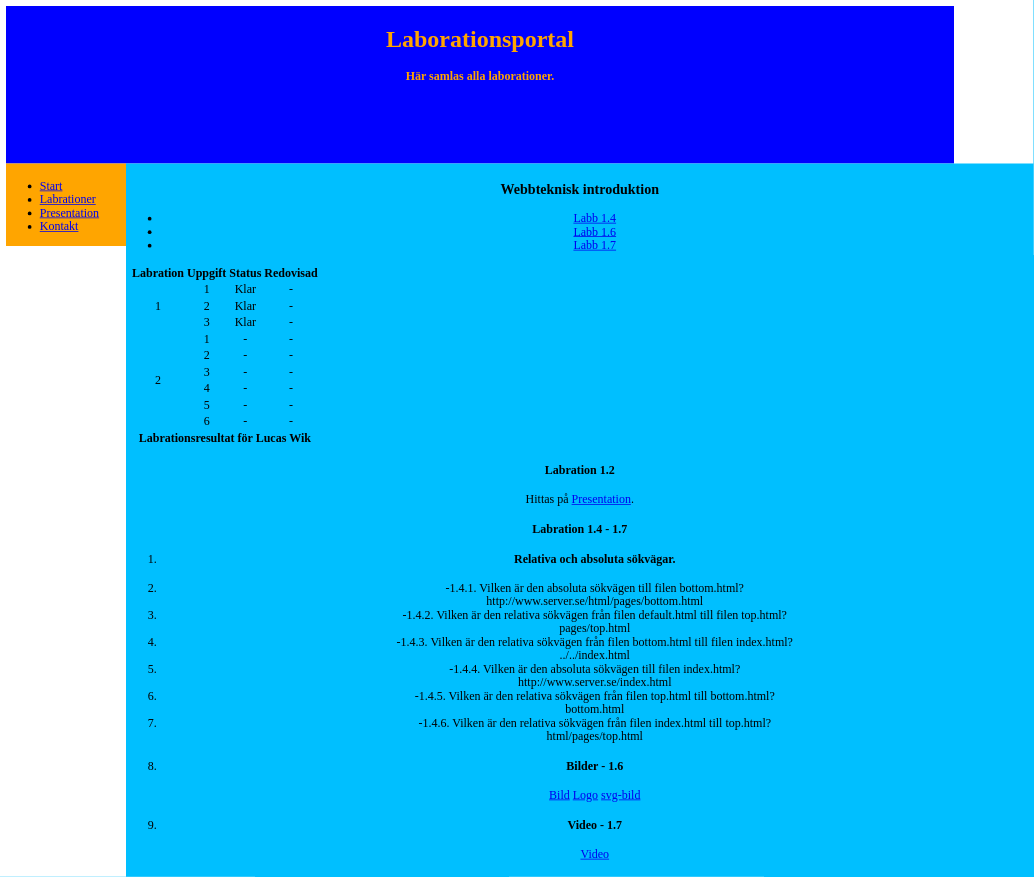
Repository: lw222gz/1ik415-laborationer
Page: Pages/labrationer.html
The author's editor kept a record of every edit. The page is drawn from the files as they stood at one moment, then again after the next edit.
The browser window is 1280 px wide. The page is 1378 px wide, so the pictures cover 1378 px, including what lies to the right of the window. The pictures show the whole page, at 75% of full size.

Above is the page before.

After the next edit:
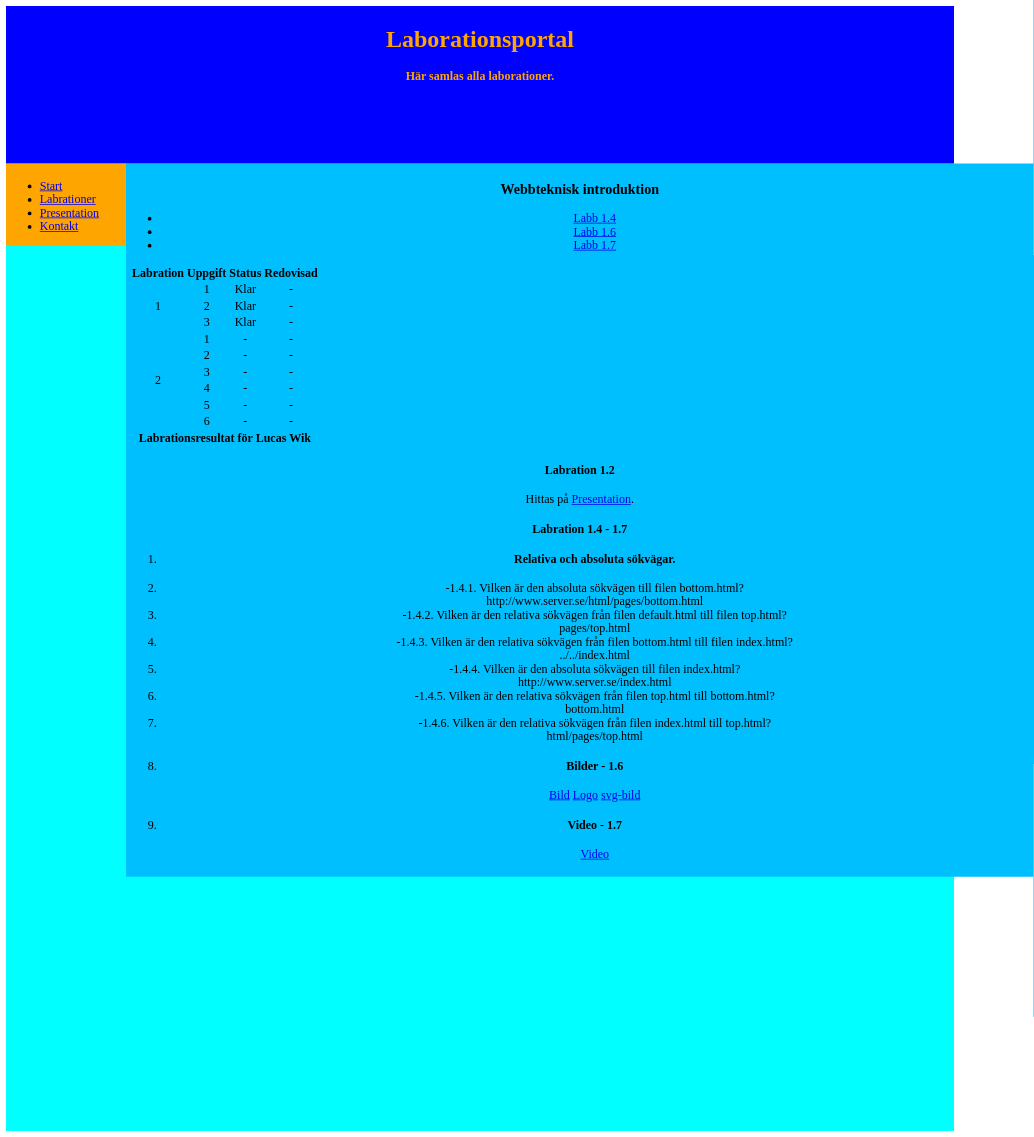
The edit:
--- a/Pages/labrationer.html
+++ b/Pages/labrationer.html
@@ -6,6 +6,7 @@
         <title>labrationer</title>
     </head>
 <body>
+<div id="container">
 <div id="header">
 <h1>Laborationsportal</h1>
 
